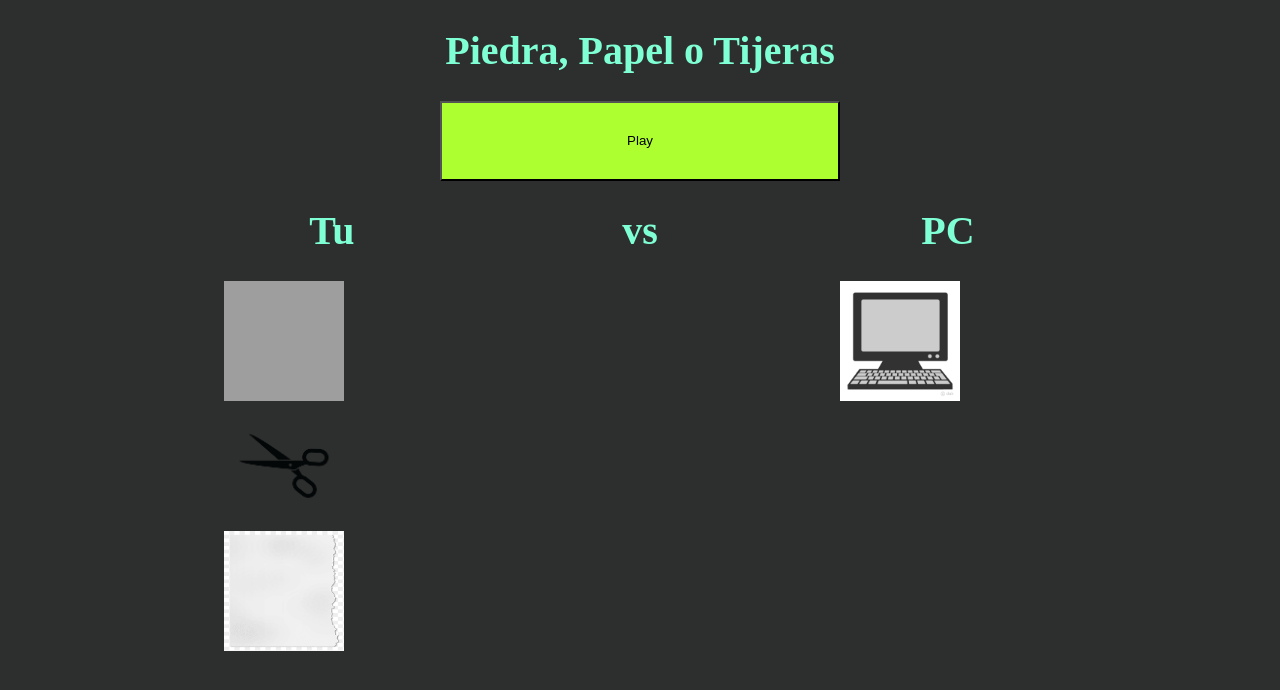
Repository: Kevin8548/FundamentosJS
Page: scissors.html
The author's editor kept a copy of each file at every save. The page is drawn from the files as they stood at one save, then again after the next save.
The browser window is 1280 px wide. The pictures show the whole page.
Pictures or frames that could not be fetched are drawn as grey boxes.

Above is the page before, as saved 2024-09-23 13:53:43.

After the next save:
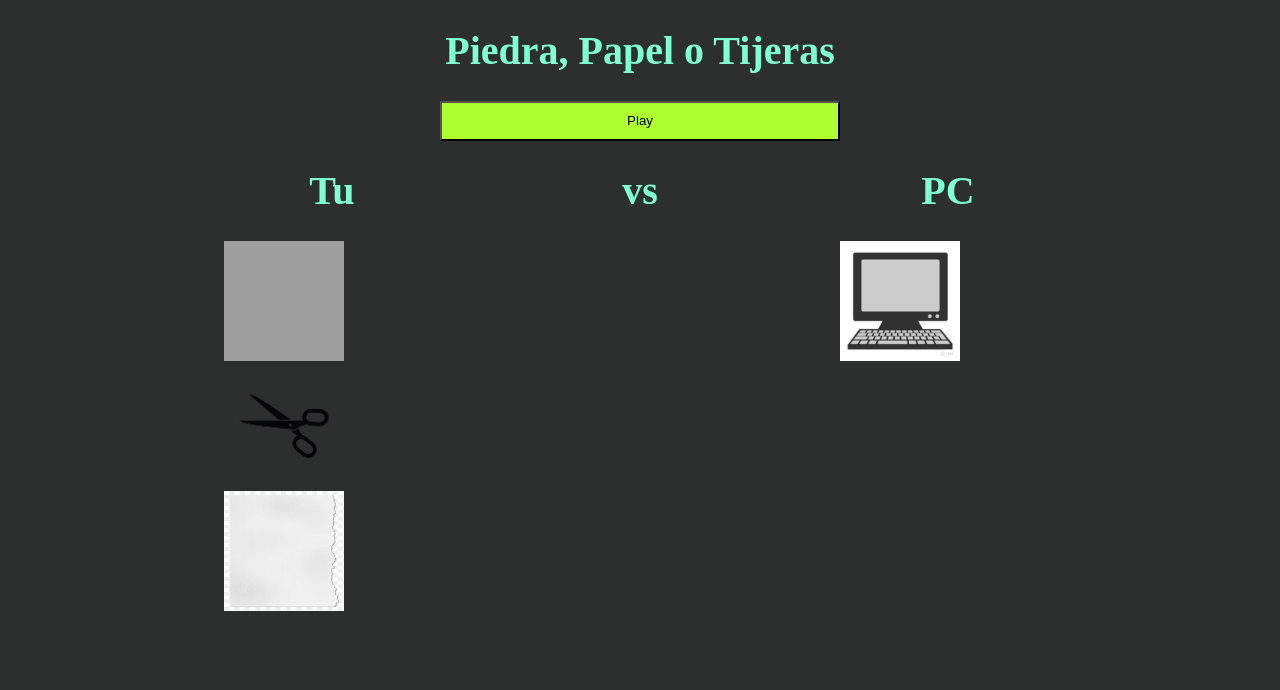
Saved 4 min 27 s later.
--- a/style.css
+++ b/style.css
@@ -31,6 +31,6 @@ font-size: 20px;
 button {
     background-color: greenyellow;
     width: 400px;
-    height: 80px;
+    height: 40px;
     cursor: pointer;
 }
